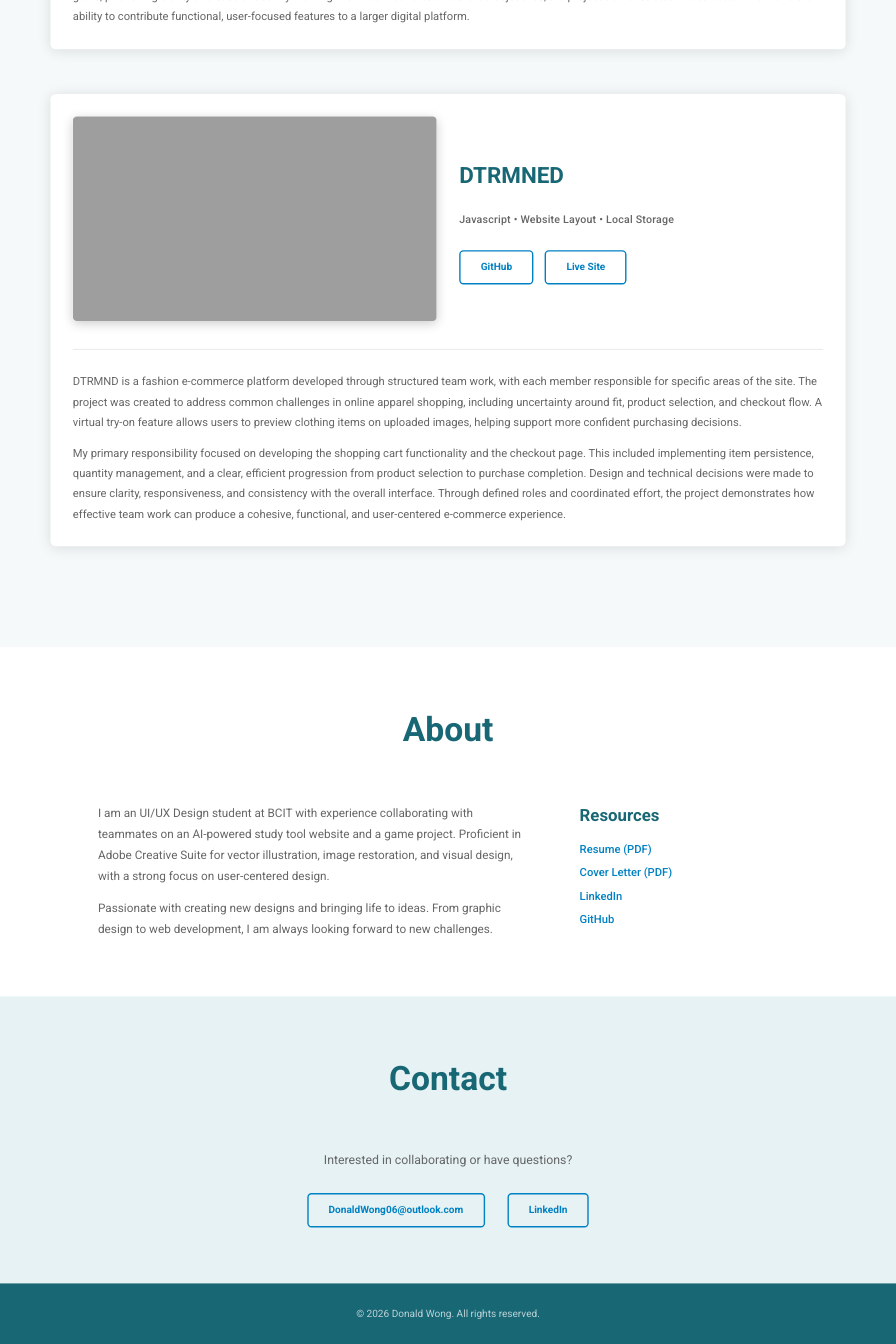
Repository: DonaldCWong/portfolio
Page: index.html
An editor plug-in stored every save of this project. The page is shown before and after the next save, followed by the edit.
The browser window is 1280 px wide. The pictures show the part of the page from y = 2939 to 4859 px (the page is 4859 px tall), at 70% of full size.
Pictures or frames that could not be fetched are drawn as grey boxes.

Above is the page before, as saved 2026-01-19 15:56:27.

After the next save:
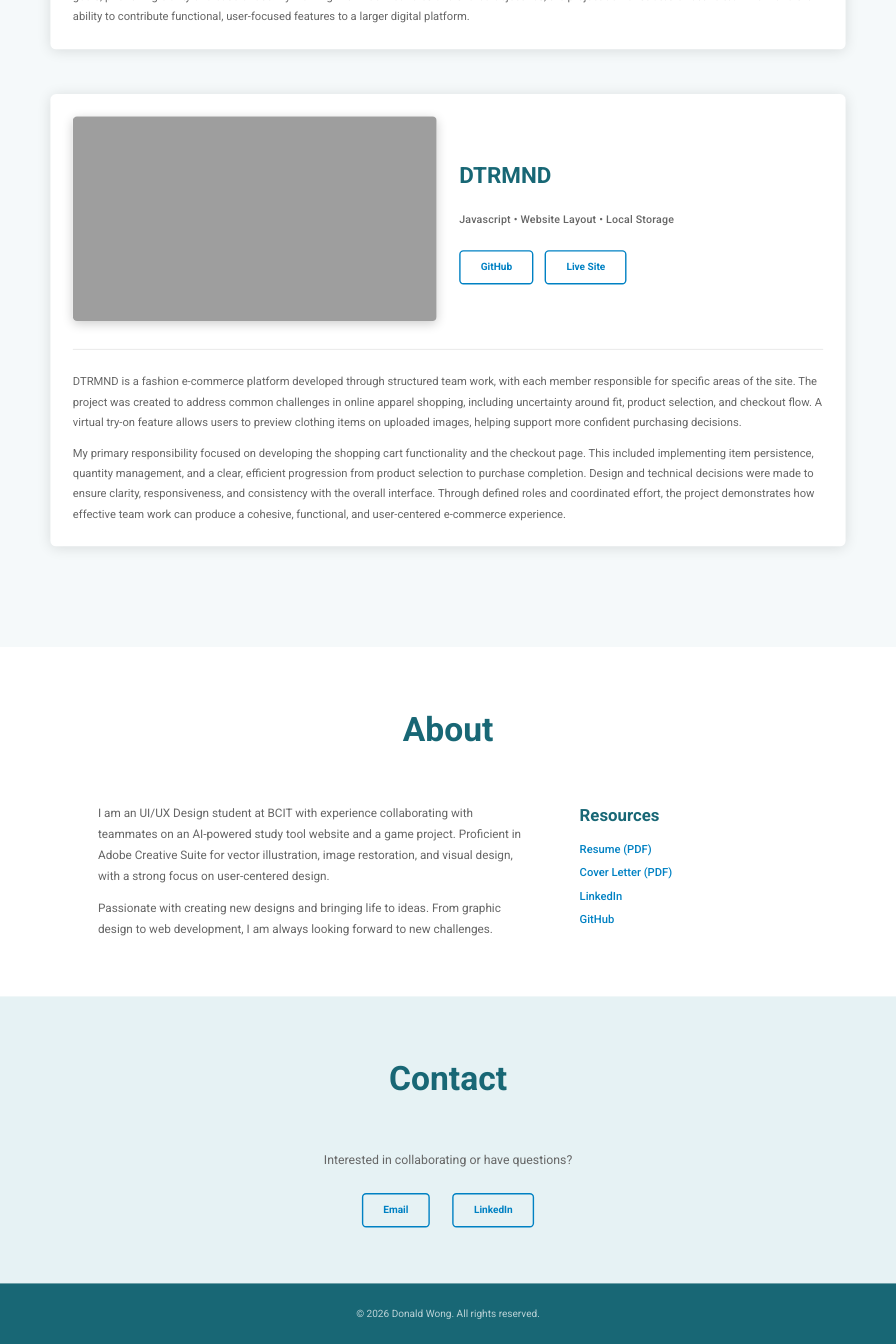
Saved 10 min 56 s later.
--- a/index.html
+++ b/index.html
@@ -118,7 +118,7 @@
                         <img src="/assets/DTRMNEDsite.png" alt="DTRMNED Site" class="project-image">
                     </div>
                     <div class="project-info">
-                        <h3 class="project-title">DTRMNED</h3>
+                        <h3 class="project-title">DTRMND</h3>
                         <p class="project-tags">Javascript • Website Layout • Local Storage</p>
                         <div class="project-links">
                             <a href="https://github.com/monavi77/dtrmnd2webdev" target="_blank" rel="noopener noreferrer" class="project-link">GitHub</a>
@@ -170,8 +170,8 @@
             <div class="contact-content">
                 <p>Interested in collaborating or have questions?</p>
                 <div class="contact-links">
-                    <a href="mailto:DonaldWong06@outlook.com" class="contact-link">DonaldWong06@outlook.com</a>
-                    <a href="https://www.linkedin.com/in/donald-c-wong/" target="_blank" rel="noopener noreferrer" class="contact-link">LinkedIn</a>
+                    <a href="mailto:DonaldWong06@outlook.com" class="project-link contact-link">Email</a>
+                    <a href="https://www.linkedin.com/in/donald-c-wong/" target="_blank" rel="noopener noreferrer" class="project-link contact-link">LinkedIn</a>
                 </div>
             </div>
         </div>
